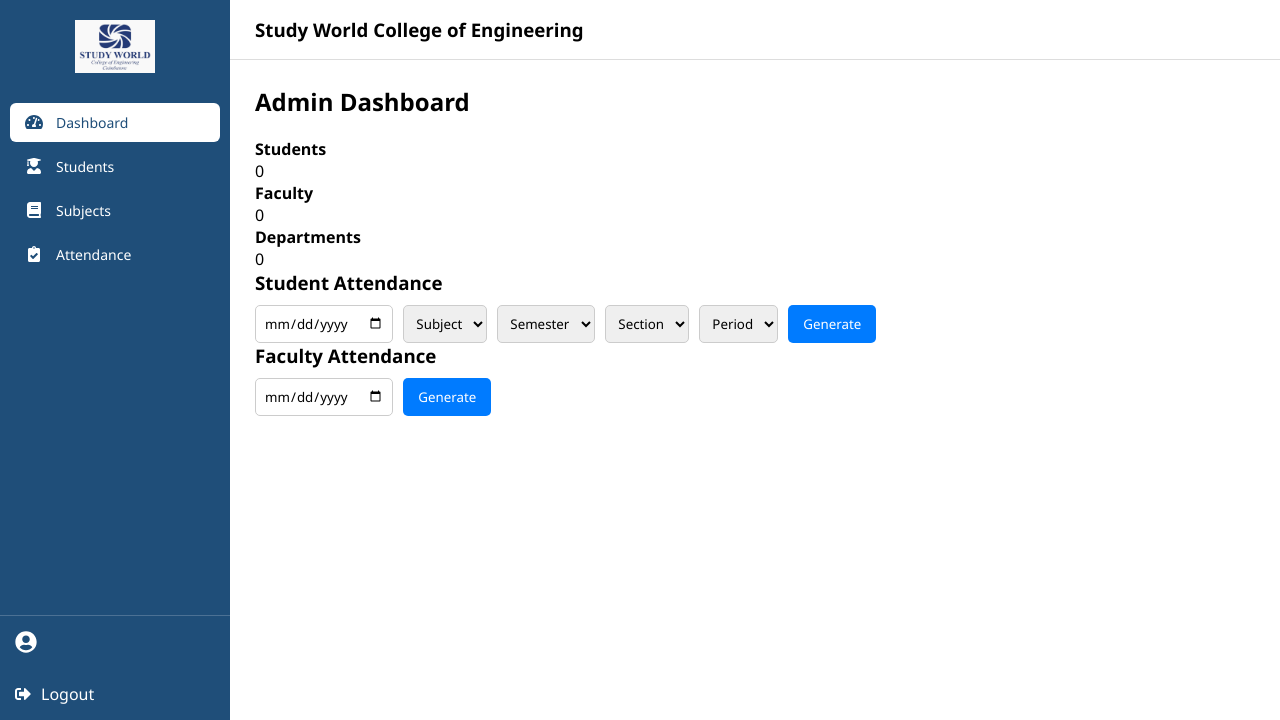
Repository: arthanarieswara/frontend
Page: /dashboard
These files come from the project's save history. The page is drawn as it stood at one moment and after the next save; the edit follows.
The browser window is 1280 px wide. The pictures show the whole page.
The page's requests for data from a server got no answer. The project was rebuilt for these pictures with package versions that can differ from the ones it lists, and the page was loaded fresh each time. No one was signed in, and anything a server would have sent is missing. Also part of the build but not shown: vite.config.js, src/pages/auth/Login.jsx, src/pages/departments/Departments.css, src/pages/departments/Departments.jsx, src/pages/students/Students.css, src/pages/students/Students.jsx, src/pages/faculty/Faculty.css, src/pages/faculty/Faculty.jsx and 10 more.

Above is the page before, as saved 2026-04-01 15:31:03.

After the next save:
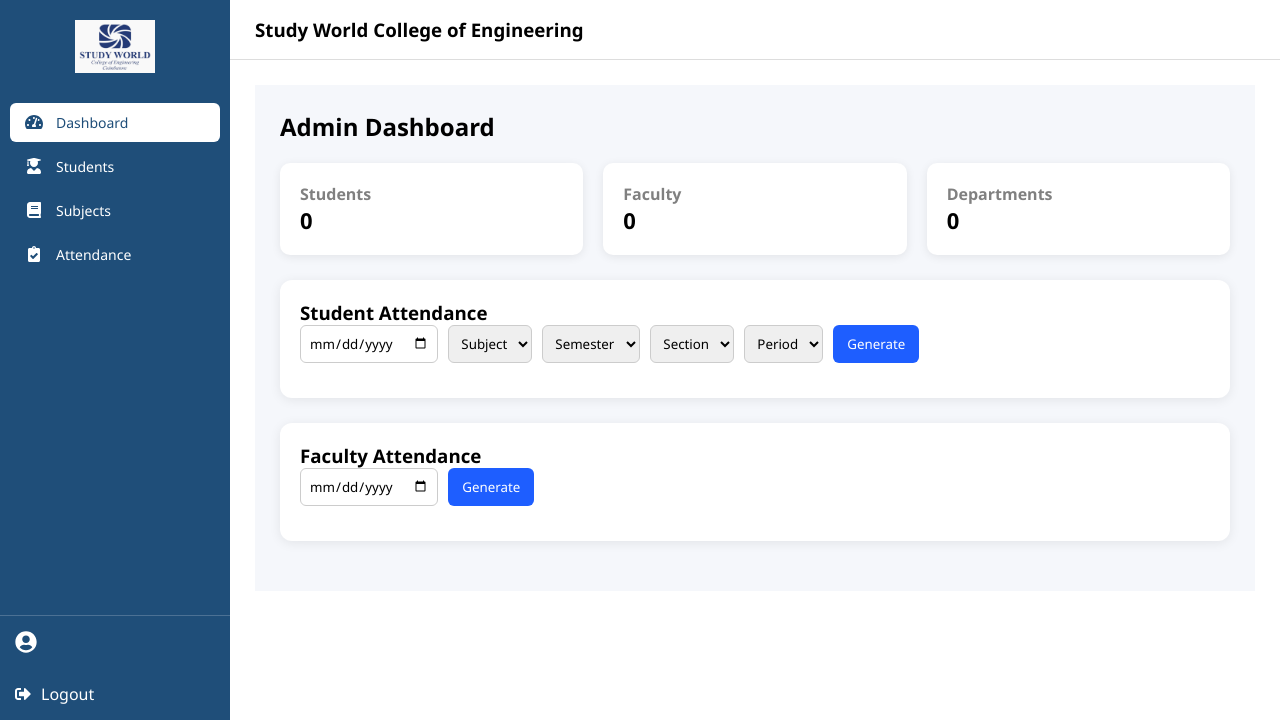
Saved 29 s later.
--- a/src/pages/dashboard/Dashboard.css
+++ b/src/pages/dashboard/Dashboard.css
@@ -1,95 +1,103 @@
-.dashboard h2 {
+/* PAGE */
+.dashboard {
+  padding: 25px;
+  background: #f5f7fb;
+}
+
+.dashboard-title {
   margin-bottom: 20px;
 }
 
-.cards {
-  display: grid;
+/* ================= STATS ================= */
 
-  grid-template-columns: repeat(auto-fit, minmax(220px, 1fr));
-
+.stats-grid {
+  display: flex;
   gap: 20px;
+  margin-bottom: 25px;
 }
 
-.card {
+.stat-card {
+  flex: 1;
   background: white;
-
-  padding: 25px;
-
+  padding: 20px;
   border-radius: 10px;
-
-  box-shadow: 0 5px 15px rgba(0, 0, 0, 0.1);
-
-  transition: 0.3s;
+  box-shadow: 0 2px 10px rgba(0,0,0,0.08);
 }
 
-.card:hover {
-  transform: translateY(-5px);
+.stat-card h4 {
+  color: gray;
 }
 
-.card h3 {
-  font-size: 16px;
-
-  margin-bottom: 10px;
-
-  color: #555;
+.stat-card p {
+  font-size: 22px;
+  font-weight: bold;
 }
 
-.card p {
-  font-size: 26px;
+/* ================= SECTION ================= */
 
-  font-weight: bold;
-
-  color: #0f4c81;
+.section-card {
+  background: white;
+  padding: 20px;
+  border-radius: 12px;
+  margin-bottom: 25px;
+  box-shadow: 0 2px 12px rgba(0,0,0,0.08);
 }
 
-/* Attendance Filter Section */
-.attendance-filter-section {
-  margin-top: 30px;
-  background: #fff;
-  padding: 15px;
-  border-radius: 8px;
-}
+/* ================= FILTER ================= */
 
 .filters {
   display: flex;
   gap: 10px;
-  margin-top: 10px;
+  flex-wrap: wrap;
+  margin-bottom: 15px;
 }
 
-.filters select,
-.filters input {
+.filters input,
+.filters select {
   padding: 8px;
+  border-radius: 6px;
   border: 1px solid #ccc;
-  border-radius: 5px;
 }
 
 .filters button {
-  background: #007bff;
+  background: #1e5eff;
   color: white;
   border: none;
-  padding: 8px 15px;
-  border-radius: 5px;
+  padding: 8px 14px;
+  border-radius: 6px;
   cursor: pointer;
 }
 
 .filters button:hover {
-  background: #0056b3;
+  background: #1748c7;
 }
 
-/* Attendance Table */.attendance-table {
-  width: 100%;
-  border-collapse: collapse;
-  margin-top: 20px;
+/* ================= REPORT ================= */
+
+.report-grid {
+  display: flex;
+  gap: 15px;
+  flex-wrap: wrap;
 }
 
-.attendance-table th,
-.attendance-table td {
-  border: 1px solid #ddd;
-  padding: 10px;
+.report-card {
+  flex: 1;
+  min-width: 120px;
+  padding: 15px;
+  border-radius: 10px;
+  background: #eef2ff;
   text-align: center;
 }
 
-.attendance-table th {
-  background-color: #2c3e50;
+.report-card.present {
+  background: #d4edda;
+}
+
+.report-card.absent {
+  background: #f8d7da;
+}
+
+.report-card.total {
+  background: #1e5eff;
   color: white;
 }
